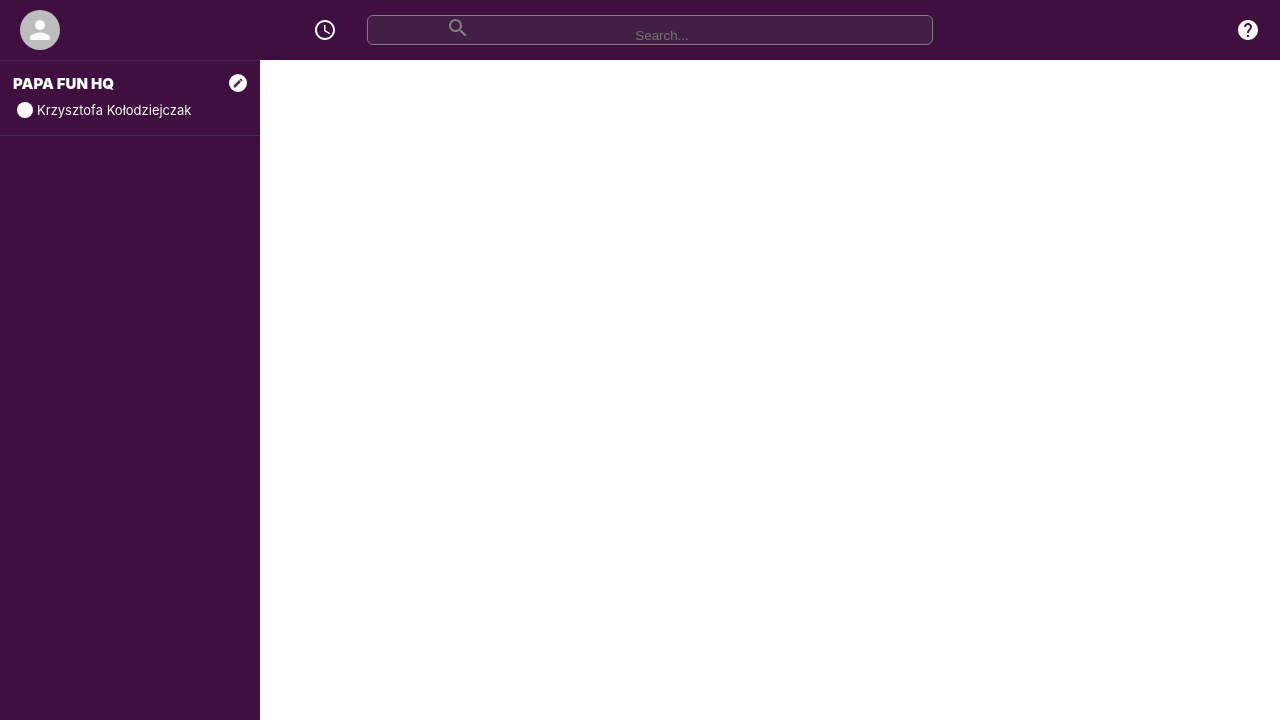
Repository: KrzysKolo/slackClone
Page: /
These files come from the project's save history. The page is drawn as it stood at one moment and after the next save; the edit follows.
The browser window is 1280 px wide. The pictures show the whole page.
The project was rebuilt for these pictures with package versions that can differ from the ones it lists, and the page was loaded fresh each time. Also part of the build but not shown: src/App.css, src/pages/About/About.js.

Above is the page before, as saved 2021-12-27 14:48:19.

After the next save:
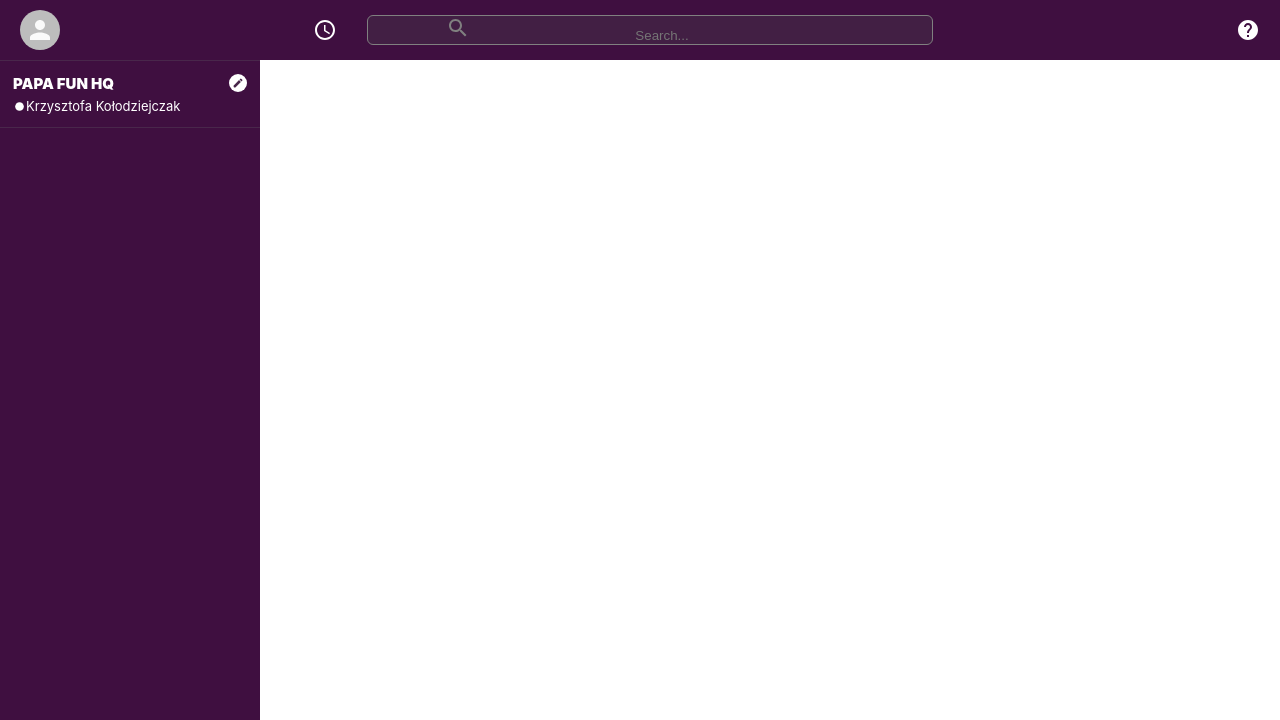
Saved 31 s later.
--- a/src/components/Sidebar/style.js
+++ b/src/components/Sidebar/style.js
@@ -34,5 +34,8 @@ export const SidebarInfo = styled.div`
     font-size: 13px;
     font-weight: 400;
     align-items: center;
+    > .icon {
+      font-size: 13px;
+    }
   }
 `;
